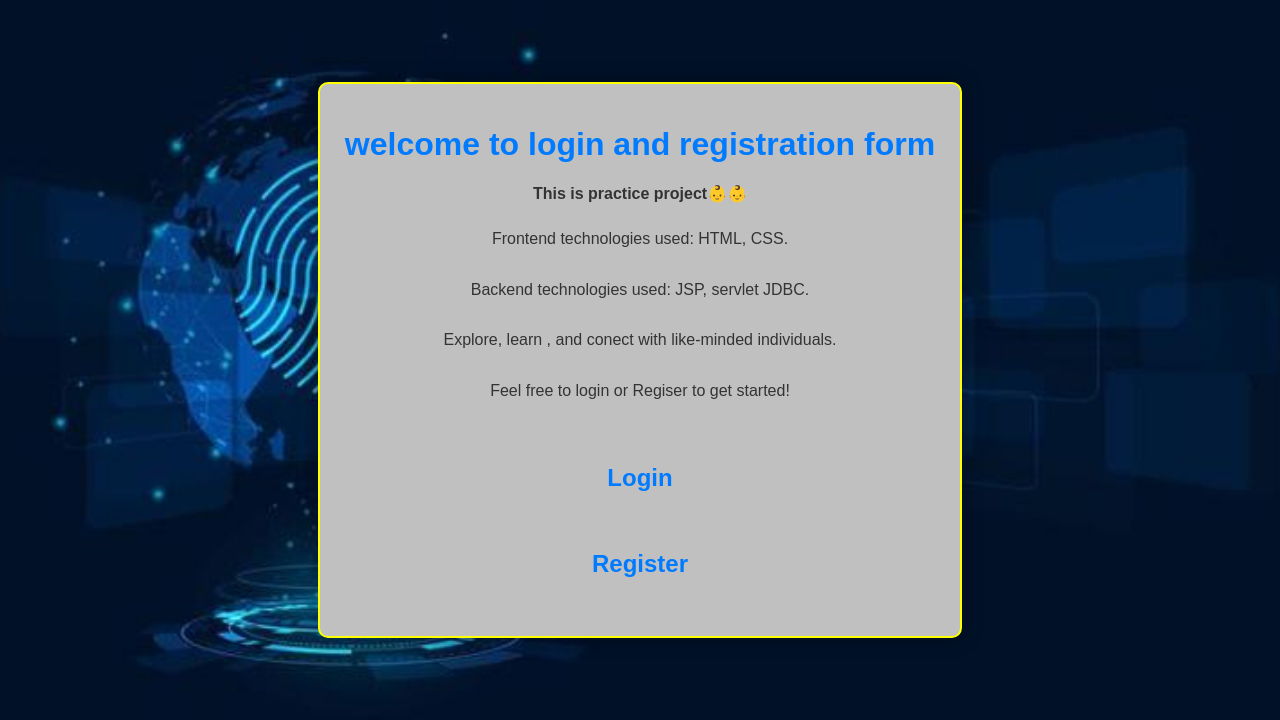
Repository: Rajivkumar2023/java-practice
Page: http://localhost/Login-Registration/
An editor plug-in stored every save of this project. The page is shown before and after the next save, followed by the edit.
The browser window is 1280 px wide. The pictures show the whole page.
The page is served by Tomcat 10.

Above is the page before, as saved 2024-07-31 09:39:57.

After the next save:
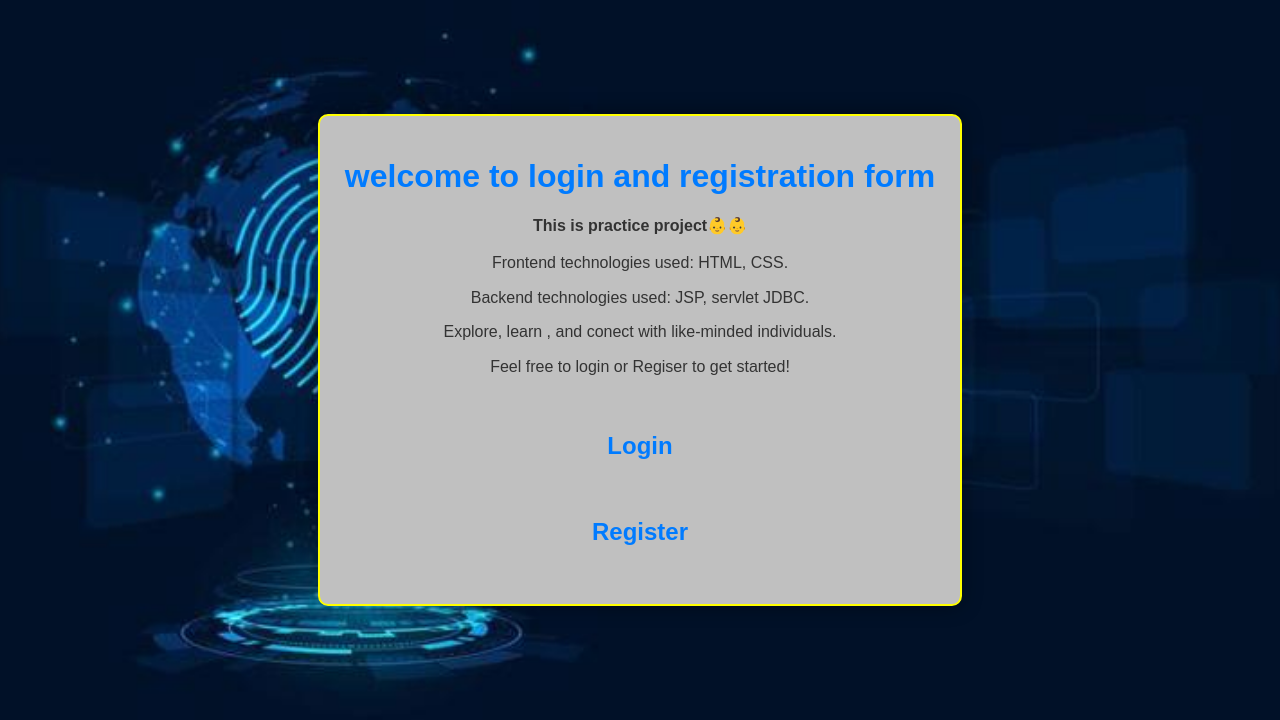
Saved 27 s later.
--- a/Login-Registration/src/main/webapp/index.css
+++ b/Login-Registration/src/main/webapp/index.css
@@ -32,7 +32,7 @@ h1{
 }
 p{
 	margin:20px 0;
-	line-height:1.9;
+	line-height:0.9;
 }
 .links a{
 	margin :0 10px;
